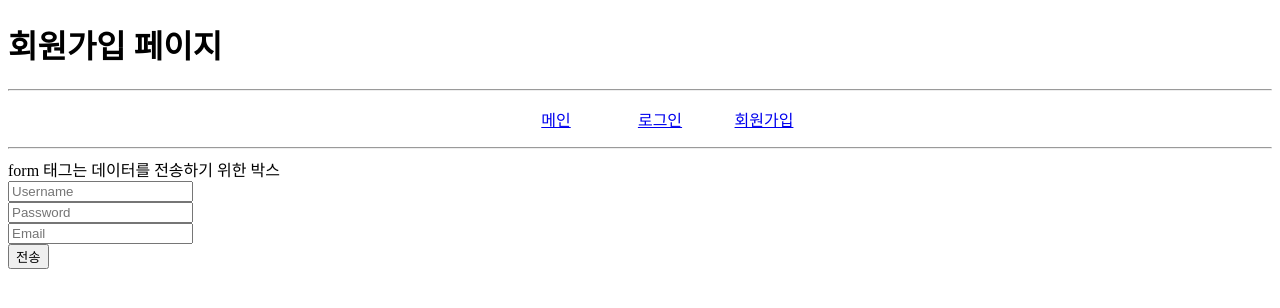
Repository: codingspecialist/jsp-weekend
Page: http://localhost/cos/join.jsp
These files come from the project's save history. The page is drawn as it stood at one moment and after the next save; the edit follows.
The browser window is 1280 px wide. The pictures show the whole page.
The page is served by Tomcat 9. Other server files are loaded and not shown.

Above is the page before, as saved 2020-08-22 03:01:59.

### cos/WebContent/join.jsp
<%@ page language="java" contentType="text/html; charset=UTF-8"
    pageEncoding="UTF-8"%>
<!DOCTYPE html>
<html>
<head>
<meta charset="UTF-8">
<title>회원가입 페이지</title>
<style>
	ul {
		text-align: center;
	}

	li {
		display: inline-block;
		width: 100px;
	}
</style>
</head>
<body>
<h1>회원가입 페이지</h1>
<hr/>
<ul>
	<li><a href="main.jsp">메인</a></li>
	<li><a href="login.jsp">로그인</a></li>
	<li><a href="join.jsp">회원가입</a></li>
</ul>
<hr/>
form 태그는 데이터를 전송하기 위한 박스
<form action="joinProc.jsp" >
	<input type="text" name="username" placeholder="Username"/> <br/>
	<input type="password" name="password"  placeholder="Password"/> <br/>
	<input type="email" name="email" placeholder="Email"/> <br/>
	<button>전송</button>
</form>

</body>
</html>

After the next save:
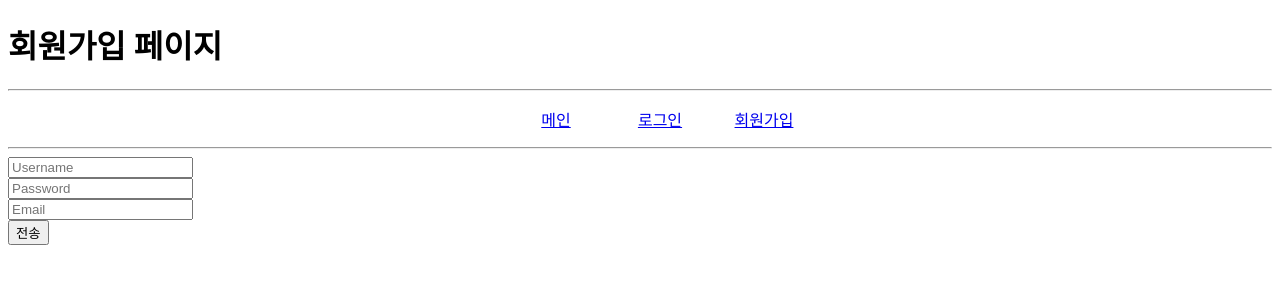
Saved 110 s later.
--- a/cos/WebContent/join.jsp
+++ b/cos/WebContent/join.jsp
@@ -25,7 +25,7 @@
 	<li><a href="join.jsp">회원가입</a></li>
 </ul>
 <hr/>
-form 태그는 데이터를 전송하기 위한 박스
+<!-- form 태그는 데이터를 전송하기 위한 박스 -->
 <form action="joinProc.jsp" >
 	<input type="text" name="username" placeholder="Username"/> <br/>
 	<input type="password" name="password"  placeholder="Password"/> <br/>
